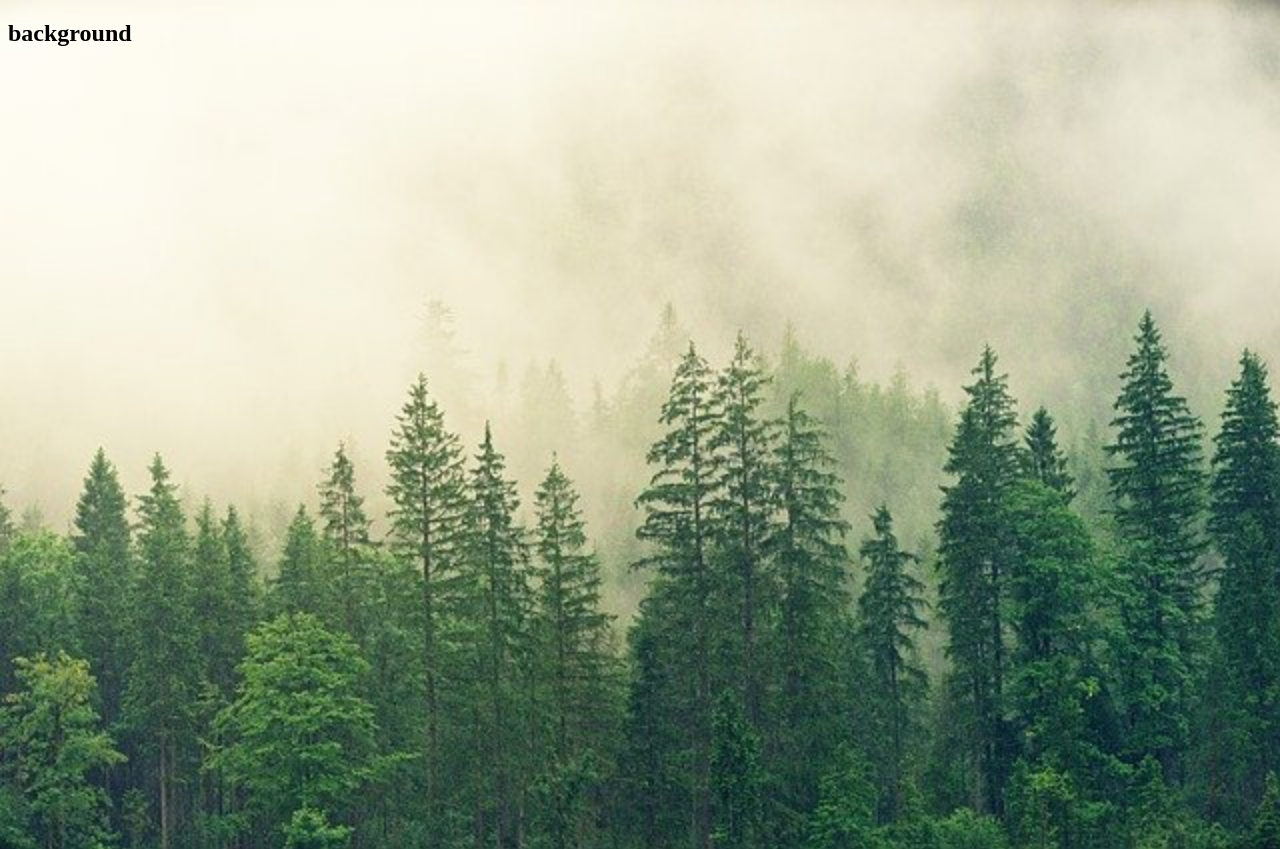
Repository: yeosong-SMU/Java-Fulls-tack
Page: html/src/main/webapp/ch02/background.html
These files come from the project's save history. The page is drawn as it stood at one moment and after the next save; the edit follows.
The browser window is 1280 px wide. The pictures show the whole page.

Above is the page before, as saved 2025-04-02 01:38:49.

### html/src/main/webapp/ch02/background.html
<!DOCTYPE html>
<html>
<head>
<meta charset="UTF-8">
<title>Insert title here</title>
<style>
/* cover: 이미지 비율을 유지한 상태에서 이미지가 들어있는 요소의 가로, 세로에 이미지를 맞추는 옵션 */
body {
	background-color: lightgreen;
	background-image: url('../images/forest.jpg');
	background-size: cover;
}
</style>
</head>
<body>
<h2>background</h2>
<br><br><br><br><br><br><br><br><br><br><br><br><br><br><br><br><br><br>
<br><br><br><br><br><br><br><br><br><br><br><br><br><br><br><br><br><br>
<br><br><br><br><br><br><br>
</body>
</html>

After the next save:
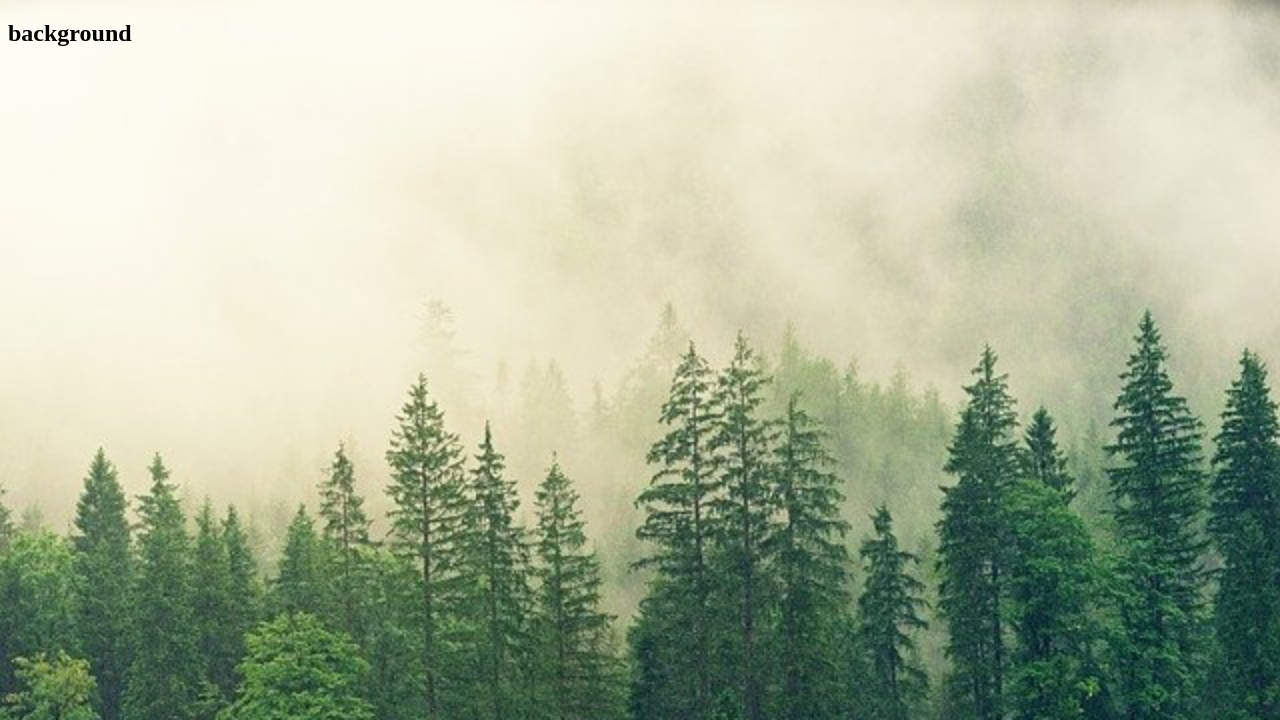
Saved 26 s later.
--- a/html/src/main/webapp/ch02/background.html
+++ b/html/src/main/webapp/ch02/background.html
@@ -14,8 +14,6 @@
 </head>
 <body>
 <h2>background</h2>
-<br><br><br><br><br><br><br><br><br><br><br><br><br><br><br><br><br><br>
-<br><br><br><br><br><br><br><br><br><br><br><br><br><br><br><br><br><br>
-<br><br><br><br><br><br><br>
+
 </body>
 </html>
